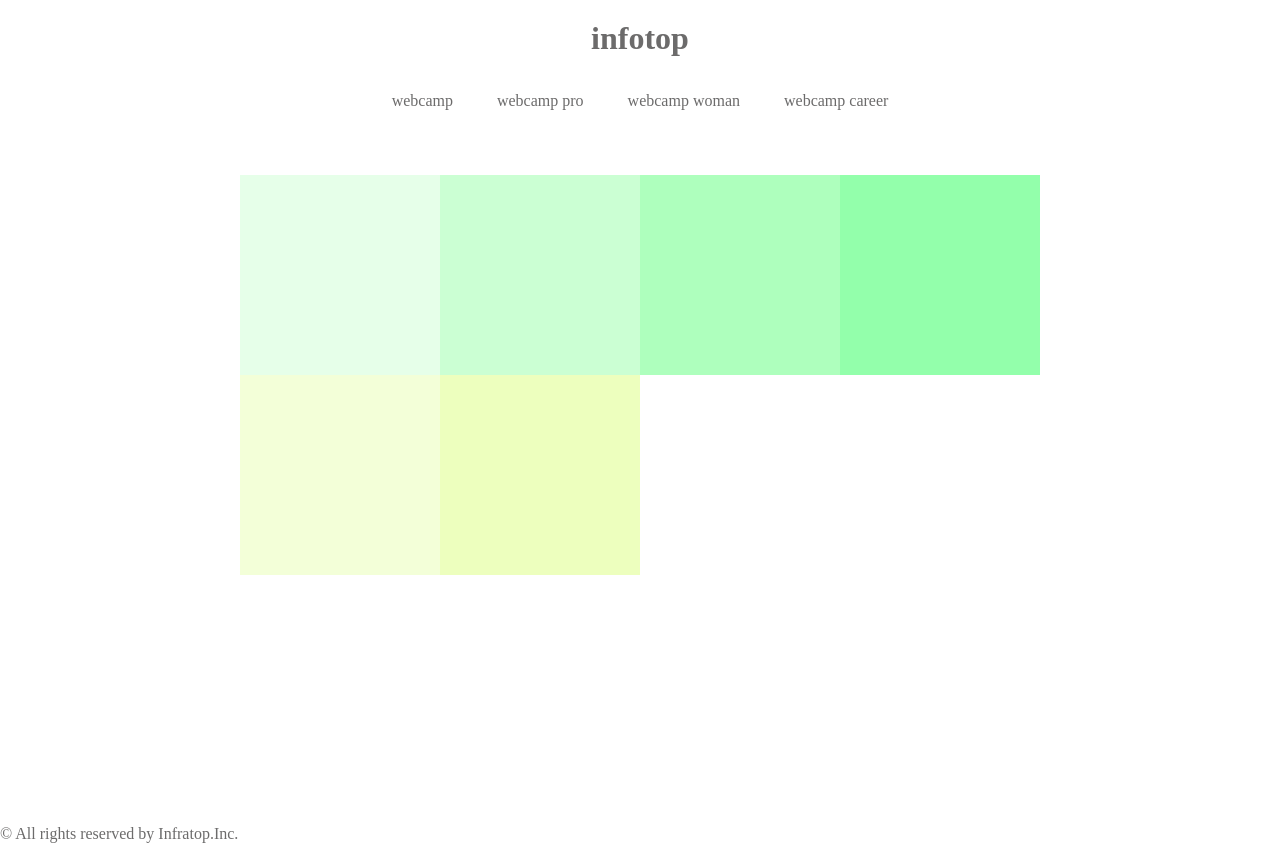
Repository: decknoboh/exercise1-8
Page: exercise1-5/index.html
The author's editor kept a record of every edit. The page is drawn from the files as they stood at one moment, then again after the next edit.
The browser window is 1280 px wide. The pictures show the whole page.

Above is the page before.

### exercise1-5/index.html
<!DOCTYPE html>
<html lang="ja">
  <head>
    <meta charset="utf-8" />
    <link rel="stylesheet" href="style.css" />
    <title>infratop</title>
  </head>

  <body>
    <header>
      <h1>
        <a href="index.html">
          infotop
        </a>
      </h1>
    </header>
    <nav>
    <ul class="nav-list">
      <li class="nav-list-item">
        <a href="index.html">webcamp</a>
      </li>
      <li class="nav-list-item">
        <a href="index.html">webcamp pro</a>
      </li>
      <li class="nav-list-item">
        <a href="index.html">webcamp woman</a>
      </li>
      <li class="nav-list-item">
        <a href="index.html">webcamp career</a>
      </li>
    </ul>
    </nav>
    <div class="main">
      <div class="box1"></div>
      <div class="box2"></div>
      <div class="box3"></div>
      <div class="box4"></div>
      <div class="box5"></div>
      <div class="box6"></div>
      <div class="box7"></div>
      <div class="box8"></div>
      <div class="box9"></div>
      <div class="box10"></div>
      <div class="box11"></div>
      <div class="box12"></div>
    </div>
    <footer>
      <p class="footer-text">© All rights reserved by Infratop.Inc.</p>
    </footer>
  </body>
</html>

### exercise1-5/style.css
*{
  margin: 0;
  padding: 0;
  box-sizing: border-box;
  color: #6c6b6b;
}

a{
  text-decoration: none;
}

header{
  width: 100%;
  padding: 20px 0;
  text-align: center;
}

.nav-list{
  text-align: center;
  padding: 15px 0;
  margin: 0 auto;
}

.nav-list-item{
  list-style: none;
  display: inline-block;
  margin: 0 20px;
}

.main{
  width: 800px;
  margin: 50px auto;
  display: flex;
  flex-wrap: wrap;
}

.box1{
  width: 200px;
  height: 200px;
  background-color: #e6ffe9;
}

.box2{
  width: 200px;
  height: 200px;
  background-color: #cbffd3;
}

.box3{
  width: 200px;
  height: 200px;
  background-color: #aeffbd;
}

.box4{
  width: 200px;
  height: 200px;
  background-color: #93ffab;
}

.box5{
  width: 200px;
  height: 200px;
  background-color: #f3ffd8;
}

.box6{
  width: 200px;
  height: 200px;
  background-color: #edffbe;
}

.box7{
  width: 200px;
  height: 200px;
  background-color:
}

.box8{
  width: 200px;
  height: 200px;
  background-color:
}

.box9{
  width: 200px;
  height: 200px;
  background-color:
}

.box10{
  width: 200px;
  height: 200px;
  background-color:
}

.box11{
  width: 200px;
  height: 200px;
  background-color:
}

.box12{
  width: 200px;
  height: 200px;
  background-color:
}

After the next edit:
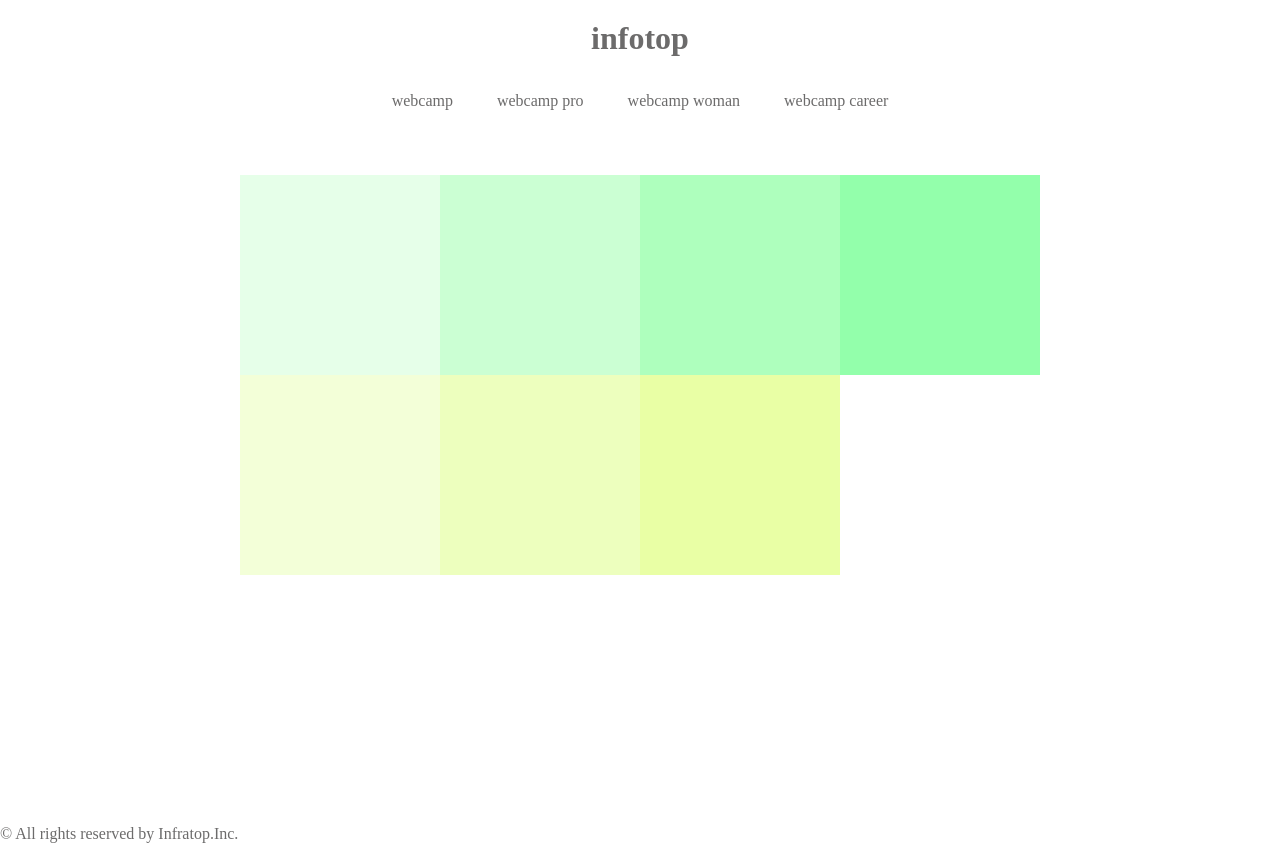
The edit:
--- a/exercise1-5/style.css
+++ b/exercise1-5/style.css
@@ -73,7 +73,7 @@
 .box7{
   width: 200px;
   height: 200px;
-  background-color:
+  background-color: #e9ffa5;
 }
 
 .box8{
